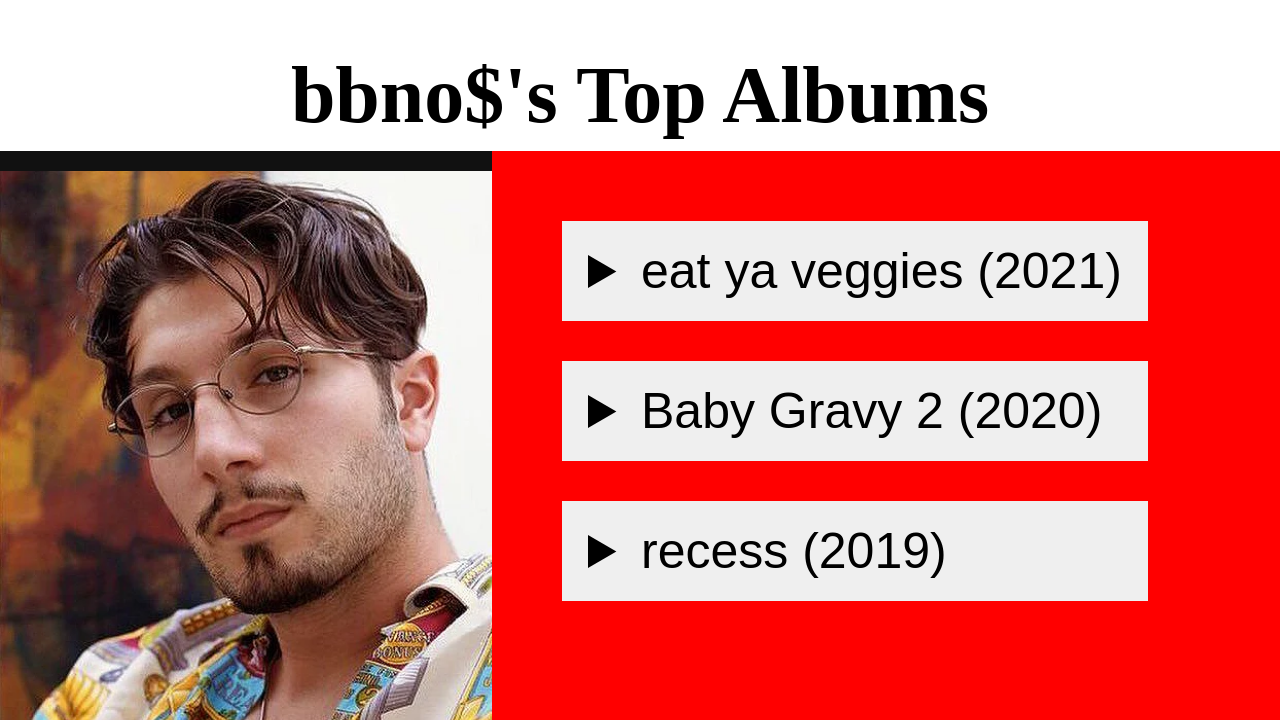
Repository: Jennica1/Lab1
Page: /
These files come from the project's save history. The page is drawn as it stood at one moment and after a run of saves; the edit follows.
The browser window is 1280 px wide. The pictures show the whole page.
The project was rebuilt for these pictures with package versions that can differ from the ones it lists, and the page was loaded fresh each time. Also part of the build but not shown: vite.config.js.

Above is the page before, as saved 2024-09-09 18:46:18.

After the next 3 saves:
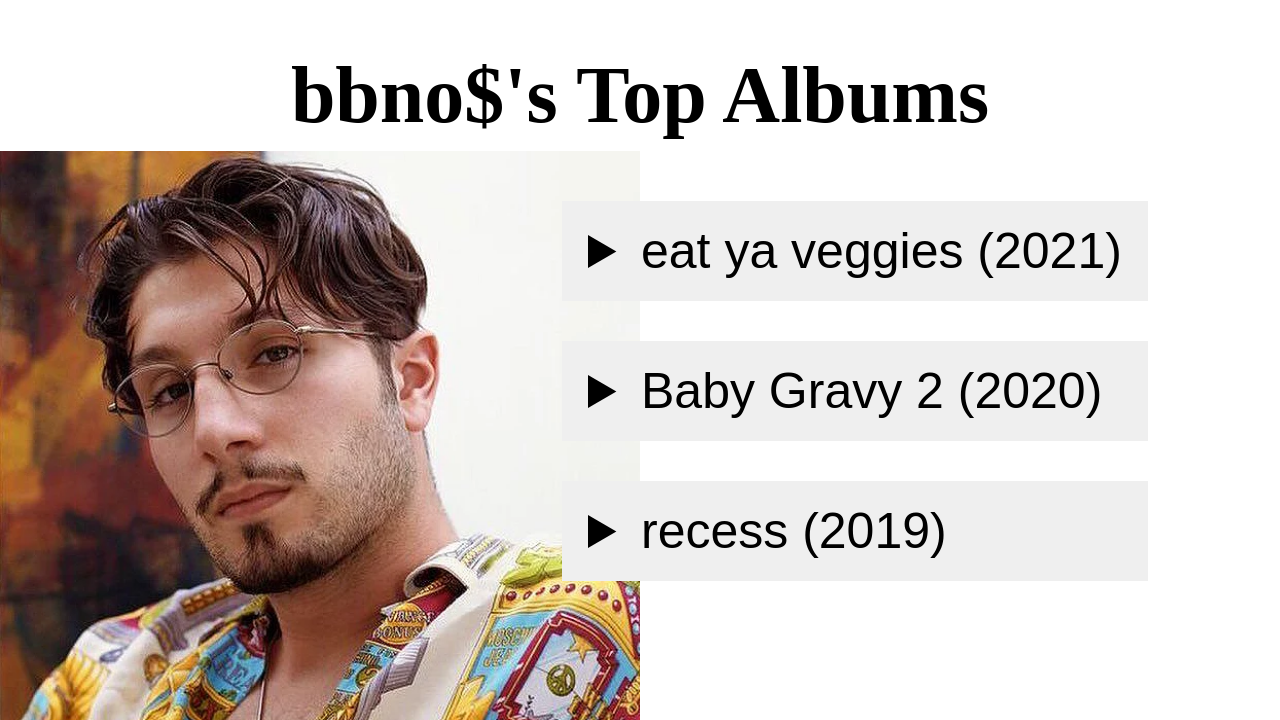
The 3 saves are shown as one change because they came seconds apart.
The last was saved 17 s later.
--- a/src/App.css
+++ b/src/App.css
@@ -26,7 +26,6 @@
 height: 100%;
 width: 50%;
 overflow-x: hidden;
-padding-top: 20px;
 display: flex;
 }
 
@@ -39,5 +38,5 @@
   padding-left: 20px;
   width: 60%;
   right: 0;
-  background-color: red;
+
 }
